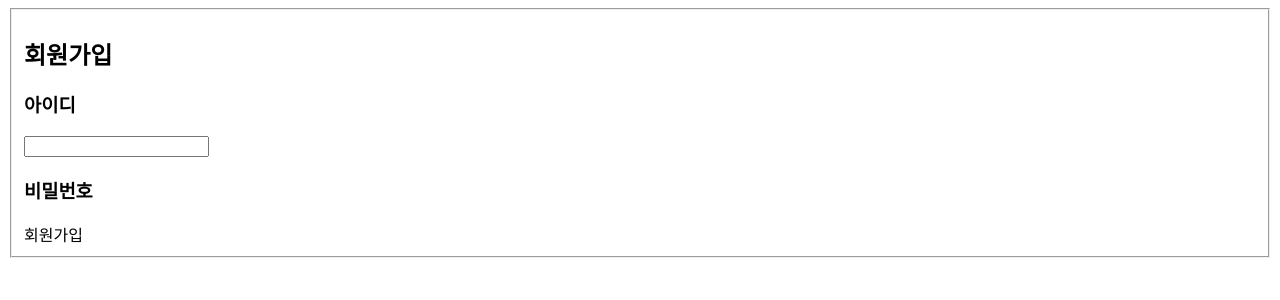
Repository: agheha/trillion
Page: YH/login/login.html
These files come from the project's save history. The page is drawn as it stood at one moment and after a run of saves; the edit follows.
The browser window is 1280 px wide. The pictures show the whole page.

Above is the page before, as saved 2019-09-02 20:16:51.

After the next 3 saves:
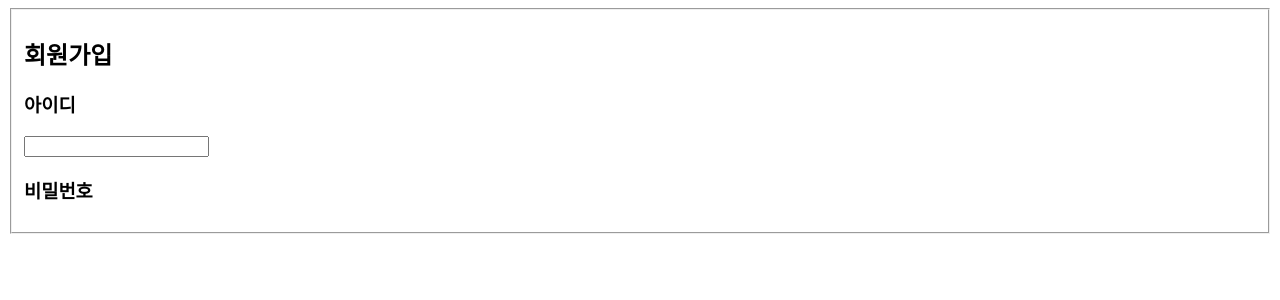
The 3 saves are shown as one change because they came seconds apart.
The last was saved 10 s later.
--- a/YH/login/login.html
+++ b/YH/login/login.html
@@ -16,7 +16,7 @@
                     <input type="text" name="msg">
                 </div>
                 <h3>비밀번호</h3>
-                <div>회원가입</div>
+                <div</div>
         </fieldset>
     </form>
 </body>
